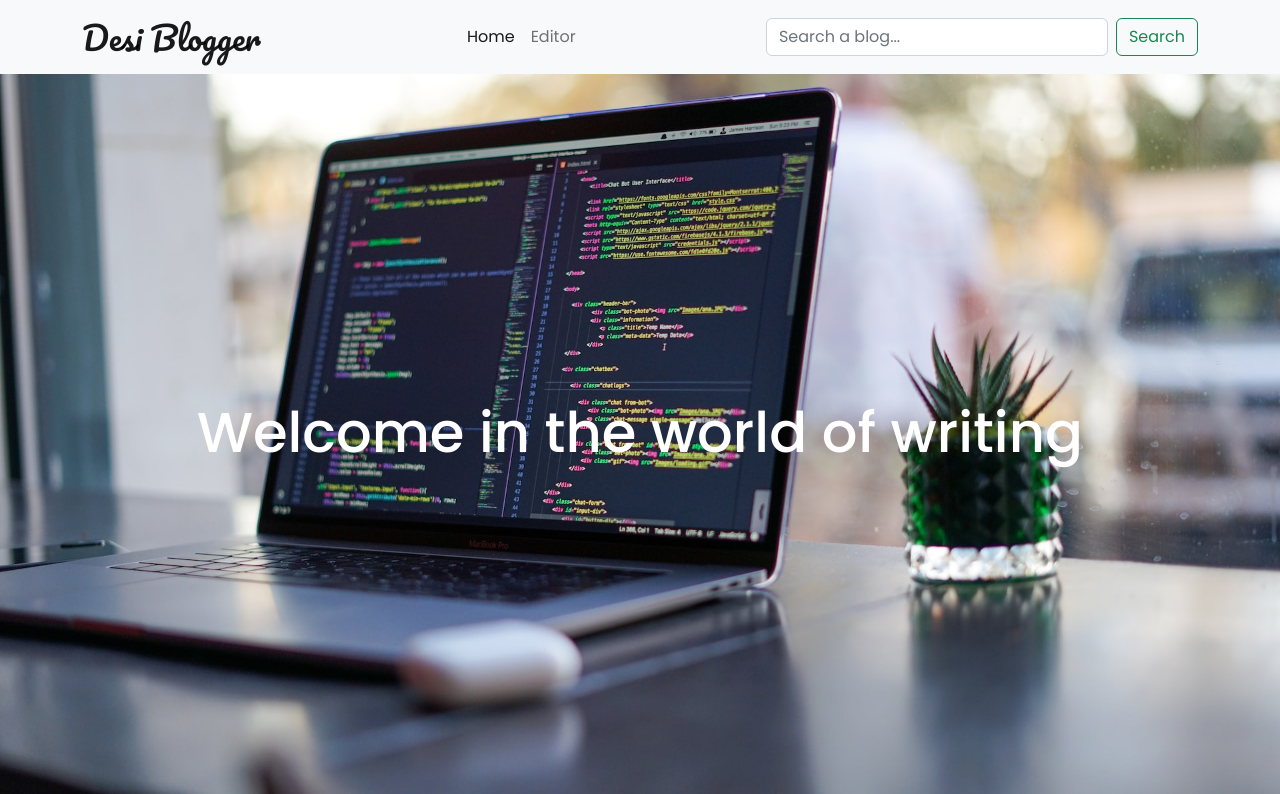
Repository: badhon252/Desi_Blogger
Page: public/home.html
These files come from the project's save history. The page is drawn as it stood at one moment and after the next save; the edit follows.
The browser window is 1280 px wide. The pictures show the whole page.

Above is the page before, as saved 2022-11-15 19:46:26.

After the next save:
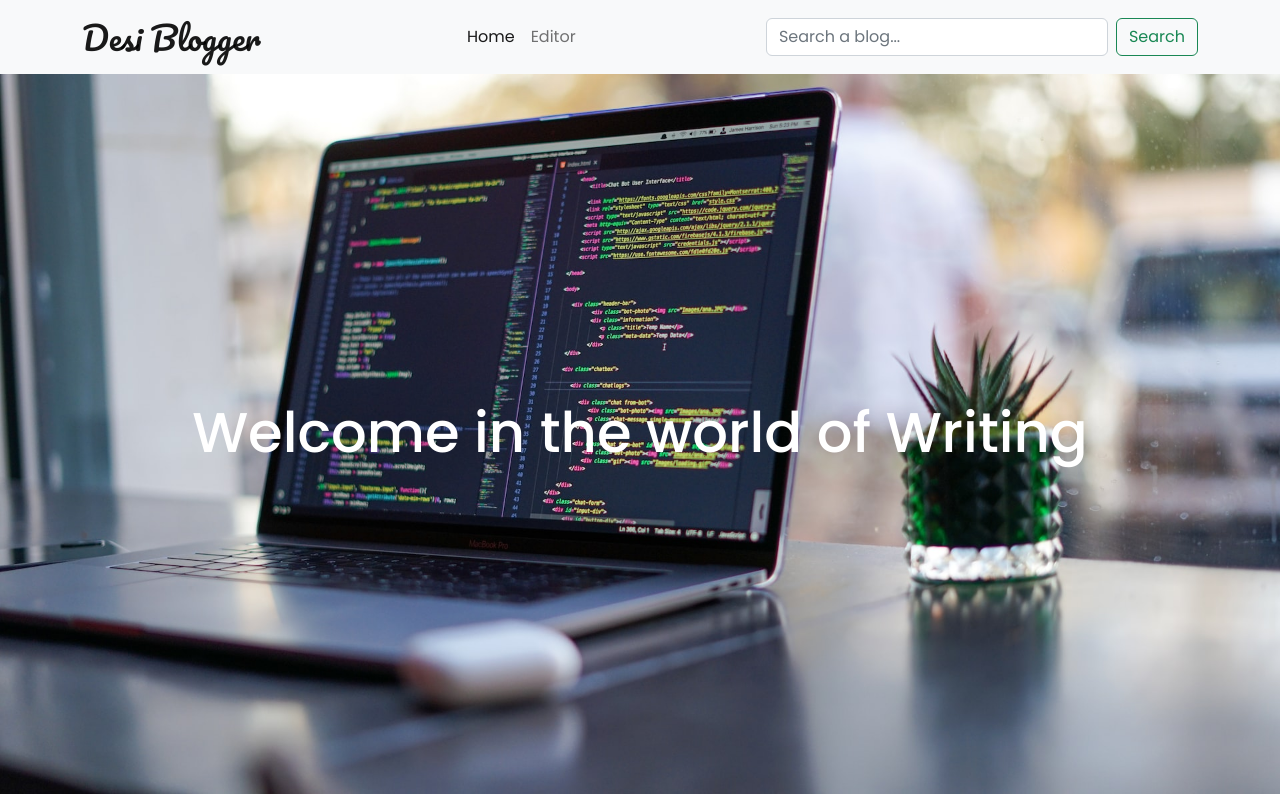
Saved 5 s later.
--- a/public/home.html
+++ b/public/home.html
@@ -53,7 +53,7 @@
             <h1>
                 <span class="small">
                     Welcome in the world of
-                    <span>writing</span>
+                    <span>Writing</span>
             </h1>
 
             </span>
